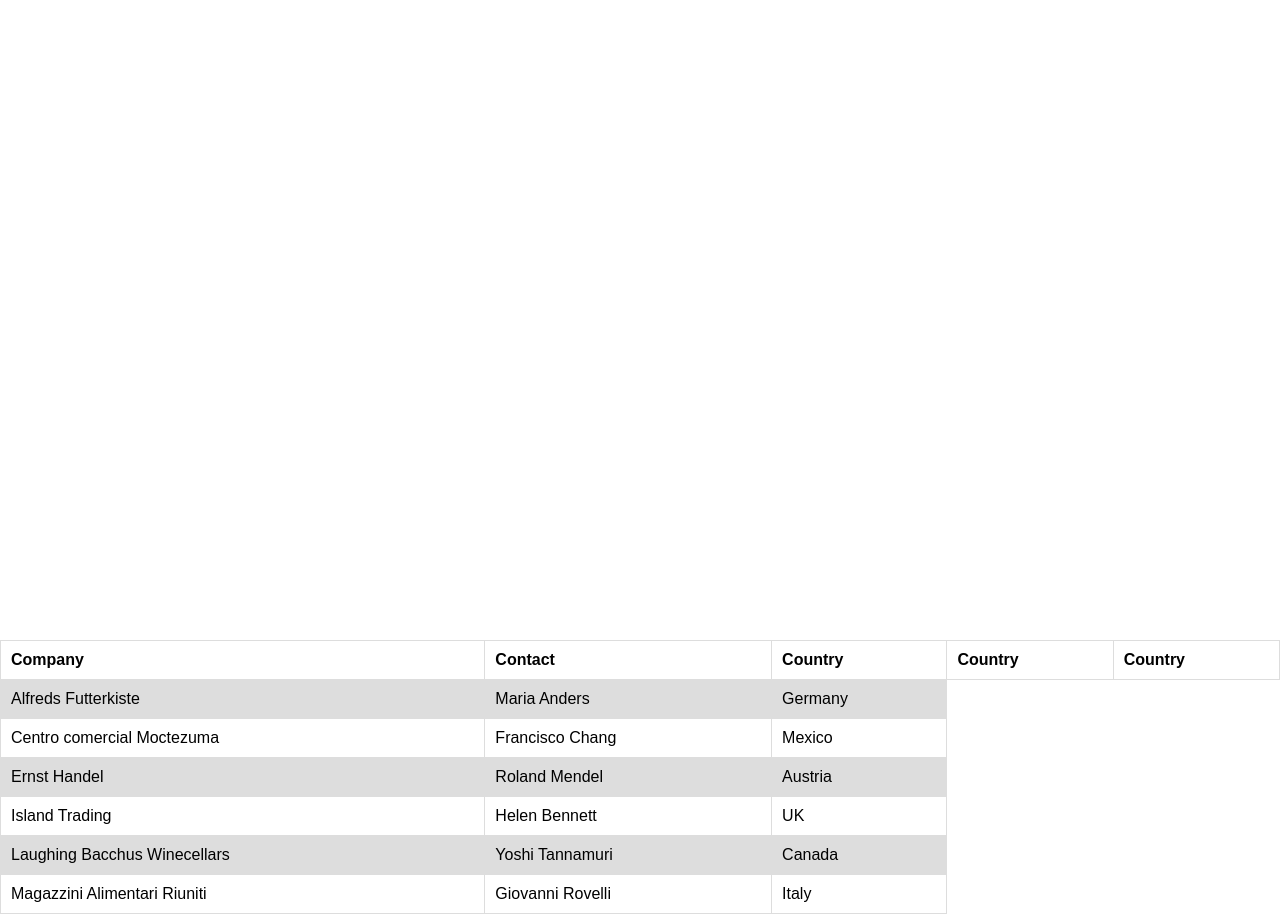
Repository: Seryozha02/ApiRequests
Page: index.html
These files come from the project's save history. The page is drawn as it stood at one moment and after the next save; the edit follows.
The browser window is 1280 px wide. The pictures show the whole page.

Above is the page before, as saved 2022-09-22 21:16:39.

### index.html
<!DOCTYPE html>
<html lang="en">
<head>
    <meta charset="UTF-8">
    <meta http-equiv="X-UA-Compatible" content="IE=edge">
    <meta name="viewport" content="width=device-width, initial-scale=1.0">
    <title>Request's</title>
    <link rel="stylesheet" href="style.css">
</head>
<body>
    <table class="requests">
        <tr>
          <th>Company</th>
          <th>Contact</th>
          <th>Country</th>
          <th>Country</th>
          <th>Country</th>
        </tr>
        <tr>
          <td>Alfreds Futterkiste</td>
          <td>Maria Anders</td>
          <td>Germany</td>
        </tr>
        <tr>
          <td>Centro comercial Moctezuma</td>
          <td>Francisco Chang</td>
          <td>Mexico</td>
        </tr>
        <tr>
          <td>Ernst Handel</td>
          <td>Roland Mendel</td>
          <td>Austria</td>
        </tr>
        <tr>
          <td>Island Trading</td>
          <td>Helen Bennett</td>
          <td>UK</td>
        </tr>
        <tr>
          <td>Laughing Bacchus Winecellars</td>
          <td>Yoshi Tannamuri</td>
          <td>Canada</td>
        </tr>
        <tr>
          <td>Magazzini Alimentari Riuniti</td>
          <td>Giovanni Rovelli</td>
          <td>Italy</td>
        </tr>
      </table>
</body>
<script src="script.js"></script>
</html>

### style.css
* {
        margin: 0;
        padding: 0;
        box-sizing: border-box;
}

.requests {
    font-family: arial, sans-serif;
    border-collapse: collapse;
    width: 100%;
    margin-top: 50%;
  }

  td, th {
    border: 1px solid #dddddd;
    text-align: left;
    padding: 10px;

  }

  tr:nth-child(even) {
    background-color: #dddddd;
  }

Loaded but not shown: script.js (no copy from this time; the picture is the same without it)

After the next save:
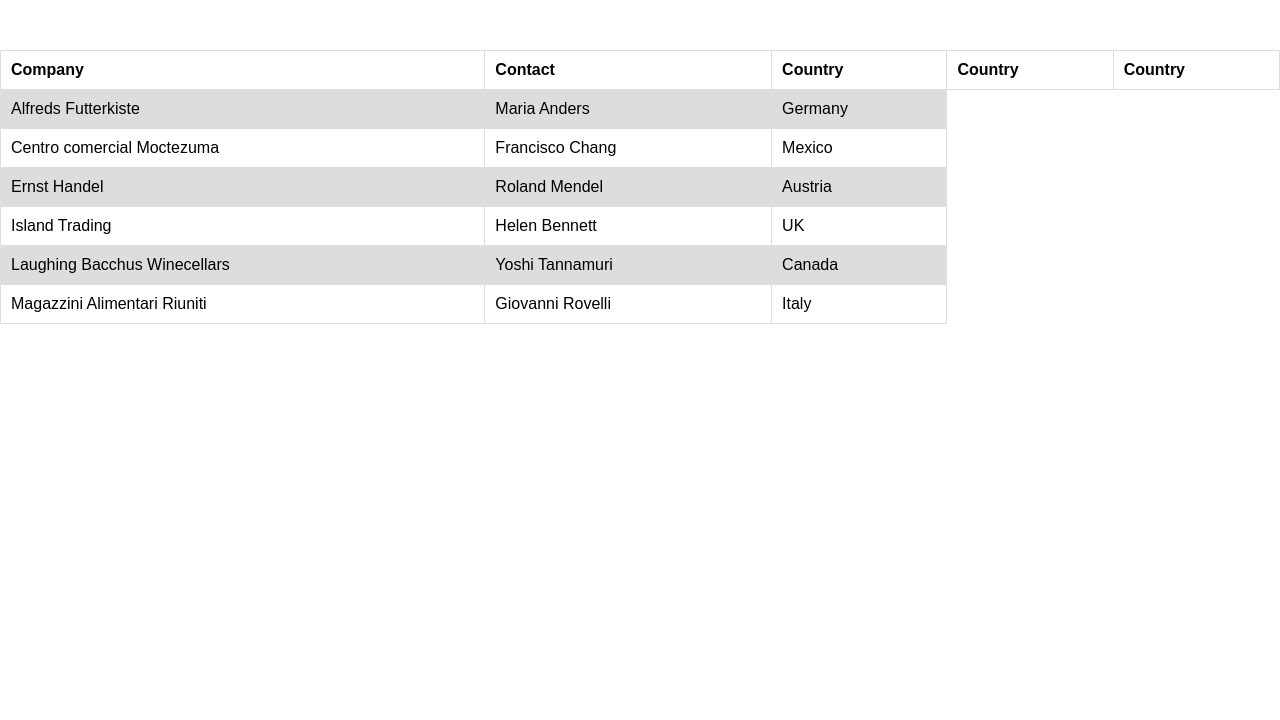
Saved 6 s later.
--- a/style.css
+++ b/style.css
@@ -8,7 +8,7 @@
     font-family: arial, sans-serif;
     border-collapse: collapse;
     width: 100%;
-    margin-top: 50%;
+    margin-top: 50px;
   }
 
   td, th {
